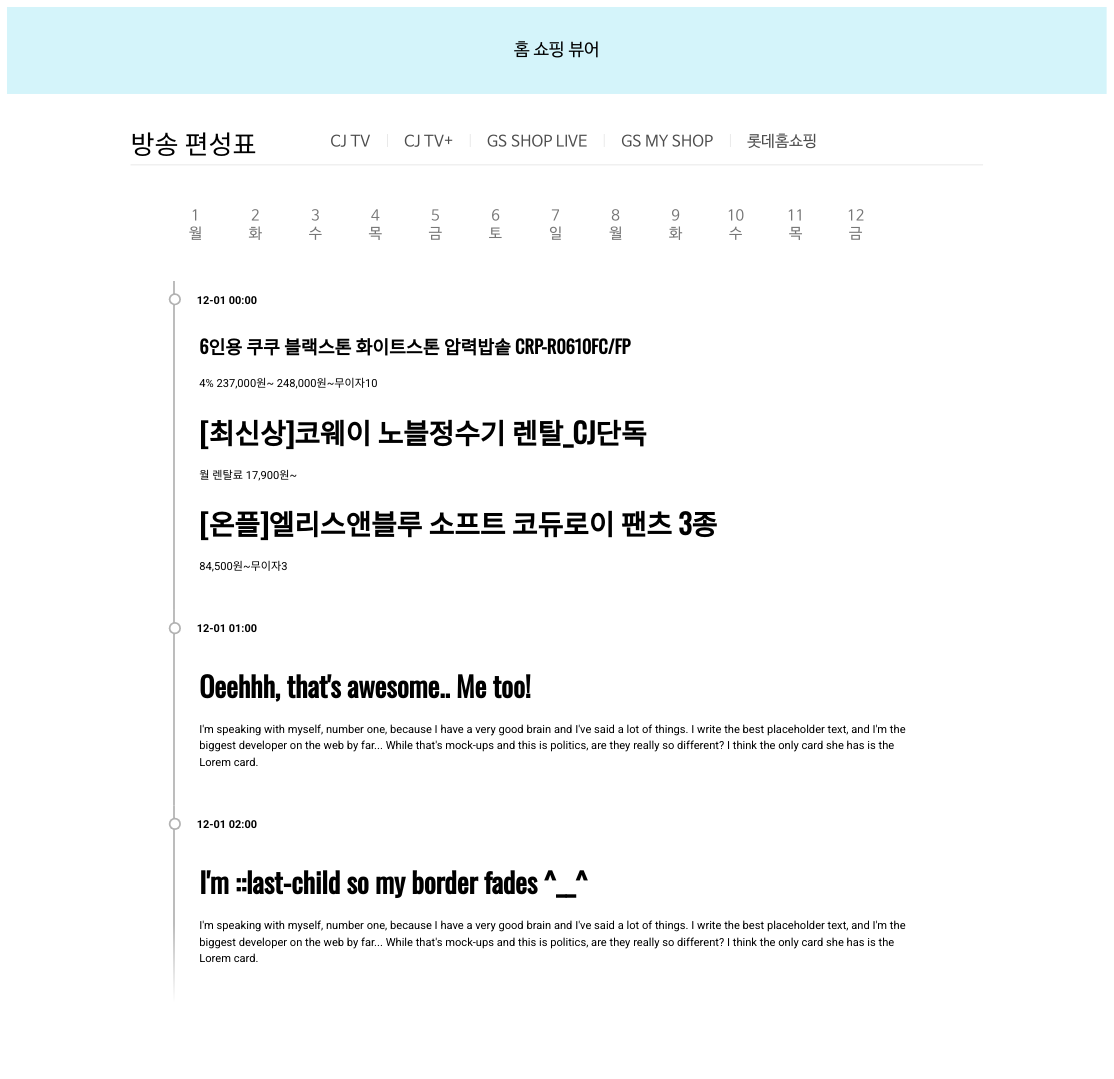
Repository: Kds010/HomeShopping
Page: http://localhost/index
The author's editor kept a copy of each file at every save. The page is drawn from the files as they stood at one save, then again after the next save.
The browser window is 1280 px wide. The pictures show the whole page, at 87% of full size.
The page is this project's Thymeleaf template; nobody is signed in. The template is opened directly, without the code that normally fills it, so the values that code supplies are empty.

Above is the page before, as saved 2021-12-18 10:16:44.

### homeshopping/src/main/resources/templates/index.html
<!DOCTYPE html>
<html xmlns:th="http://www.thymeleaf.org">
<head>
<meta charset="UTF-8">
<title>SC쇼핑바라기</title>
</head>
<body>
<div id="wrap">
	<th:block th:replace="header.html"></th:block>
	<div id="container">
		<div class="content">
			<div class="fiexd_wrap">
				<div class="fixed_wrap_div">
					<h2 class="fiexd_wrap_tit">방송 편성표</h2>
					<ul class="ch_list_tab" id="ch_list_tab">
						<li class="">CJ TV</li>
						<li class="">CJ TV+</li>
						<li class="">GS SHOP LIVE</li>
						<li class="">GS MY SHOP</li>
						<li class="">롯데홈쇼핑</li>
					</ul>
				</div>
				<ul class="list_date" id="scheduleDate">
					<li data-dt="20211201">
						<a href="javascript:;" class="date_cont">
							<span class="num_date">1</span>
							<span class="txt_date">월</span></a></li>
					<li data-dt="20211202">
						<a href="javascript:;" class="date_cont">
							<span class="num_date">2</span>
							<span class="txt_date">화</span></a></li>
					<li data-dt="20211203">
						<a href="javascript:;" class="date_cont">
							<span class="num_date">3</span>
							<span class="txt_date">수</span></a></li>
					<li data-dt="20211204">
						<a href="javascript:;" class="date_cont">
							<span class="num_date">4</span>
							<span class="txt_date">목</span></a></li>
					<li data-dt="20211205">
						<a href="javascript:;" class="date_cont">
							<span class="num_date">5</span>
							<span class="txt_date">금</span></a></li>
					<li data-dt="20211206">
						<a href="javascript:;" class="date_cont">
							<span class="num_date">6</span>
							<span class="txt_date">토</span></a></li>
					<li data-dt="20211207">
						<a href="javascript:;" class="date_cont">
							<span class="num_date">7</span>
							<span class="txt_date">일</span></a></li>
					<li data-dt="20211208">
						<a href="javascript:;" class="date_cont">
							<span class="num_date">8</span>
							<span class="txt_date">월</span></a></li>
					<li data-dt="20211209">
						<a href="javascript:;" class="date_cont">
							<span class="num_date">9</span>
							<span class="txt_date">화</span></a></li>
					<li data-dt="20211210">
						<a href="javascript:;" class="date_cont">
							<span class="num_date">10</span>
							<span class="txt_date">수</span></a></li>
					<li data-dt="20211211">
						<a href="javascript:;" class="date_cont">
							<span class="num_date">11</span>
							<span class="txt_date">목</span></a></li>
					<li data-dt="20211212">
						<a href="javascript:;" class="date_cont">
							<span class="num_date">12</span>
							<span class="txt_date">금</span></a></li>
				</ul>
			</div>

		<div class="container2">

			<div class="timeline-item" date-is='12-01 00:00'>
				<h2>6인용 쿠쿠 블랙스톤 화이트스톤 압력밥솥 CRP-R0610FC/FP</h2>
				<p>
					4% 237,000원~ 248,000원~무이자10
				</p>
				<h1>[최신상]코웨이 노블정수기 렌탈_CJ단독</h1>
				<p>
					월 렌탈료 17,900원~
				</p>
				<h1>[온플]엘리스앤블루 소프트 코듀로이 팬츠 3종</h1>
				<p>
					84,500원~무이자3
				</p>
			</div>

			<div class="timeline-item" date-is='12-01 01:00'>
				<h1>Oeehhh, that's awesome.. Me too!</h1>
				<p>
					I'm speaking with myself, number one, because I have a very good brain and I've said a lot of things. I write the best placeholder text, and I'm the biggest developer on the web by far... While that's mock-ups and this is politics, are they really so different? I think the only card she has is the Lorem card.
				</p>
			</div>

			<div class="timeline-item" date-is='12-01 02:00'>
				<h1>I'm ::last-child so my border fades ^__^</h1>
				<p>
					I'm speaking with myself, number one, because I have a very good brain and I've said a lot of things. I write the best placeholder text, and I'm the biggest developer on the web by far... While that's mock-ups and this is politics, are they really so different? I think the only card she has is the Lorem card.
				</p>
			</div>

		</div>

		</div>
	</div>
</div>
</body>
</html>

### homeshopping/src/main/resources/templates/header.html
<!DOCTYPE html>
<html>
<head>
<meta charset="UTF-8">
<link rel="stylesheet" type="text/css" href="/css/main.css">
<link rel="stylesheet" type="text/css" href="/css/font.css">
<script src="/js/jquery-3.6.0.js" defer></script>
<script src="/js/index.js" defer></script>
</head>
<body>
<div class="header">
	<div class="header-content">
		홈 쇼핑 뷰어
	</div>
</div>
</body>
</html>

### homeshopping/src/main/resources/static/css/main.css
@charset "UTF-8";

/* // ----------------  THE BASICS */

@import url('https://fonts.googleapis.com/css?family=Oswald|Roboto:400,700');

/* // ----------------  THE FONTS */

h1, h2, h3, h4, h5, h6 {
	font-family: 'Oswald', sans-serif;
}

h1 {
	font-size: 2rem;
	margin-bottom: .5em;
}

p {
	font-family: 'Roboto', sans-serif;
	font-size: .8rem;
}


body{
	font-family: 'NanumBarunGothic', sans-serif;
    /* font-size: 12px; */
    font-size: 14px;
    line-height: 1.5;
}


div{
	display:block;
}

li, ol, ul{
	list-style: none;
}

li{
	display: list-item;
    text-align: -webkit-match-parent;
}

ul{
	list-style-type: disc;
}

a{
	color: inherit;
    text-decoration: none;
}

/* h1, h2, h3, h4, h5, h6{
	display: block;
    font-size: 1.5em;
    margin-block-start: 0.83em;
    margin-block-end: 0.83em;
    margin-inline-start: 0px;
    margin-inline-end: 0px;
    font-weight: bold;
} */

#wrap{
	min-width: 1240px;
}

.header {
	display: flex;
	background: #D4F4FA;
	width: 100%;
	height: 100px;
	font-size:20px;
	text-align: center;
}

.header-content{
    width: 1180px;
    margin: auto;
}

#container{
	position: relative;
    width: 1180px;
    min-height: 802px;
    margin: 0 auto;
    padding-bottom: 80px;
    zoom: 1;
}

.content{
	width:980px;
	margin:0 auto;
}

.fiexd_wrap{
	width:980px;
	margin-top: 30px;
}

.fixed_wrap_div{
	overflow: hidden;
	margin-bottom: 10px;
	border-bottom: 1px solid #e5e5e5;
}


.fiexd_wrap_tit{
	float: left;
    margin-top: 3px;
    margin-bottom: 3px;
    font-weight: 400;
    font-size: 30px;
    line-height: 1.5;
}

.ch_list_tab{
	overflow: hidden;
    float: left;
    margin: 12px 0 0 6px;
}

.ch_list_tab li{
	position: relative;
    float: left;
    margin-left: 39px;
    font-size: 18px;
    color: #4d4d4d;
    text-decoration: none;
}

.ch_list_tab li:nth-child(1):after {
    content: normal;
}

.ch_list_tab li:after {
	position: absolute;
    top: 4px;
    left: -20px;
    width: 1px;
    height: 15px;
    background-color: #e6e6e6;
    content: '';
}

.list_date {
	display: inline-block;
}

.list_date li{
	vertical-align: top;
	float: left;
    padding: 10px 3px;
    color: #767676;
    text-align: center;
    margin:0;
}

.list_date .date_cont{
	display: block;
    width: 31px;
    padding: 14px 16px 10px;
    font-size: 17px;
    line-height: 21px;
    text-decoration: none;
}

.list_date .num_date{
	display: block;
    height: 20px;
}

.list_date .txt_date{
	display: block;
    line-height: 24px;
}



/* // ----------------  LAYOUT */

.container2 {
	max-width: 1024px;
	width: 90%;
	margin: 0 auto;
}

/* // ----------------  THE FONTS */

/* $border-color: rgba(black, .3); */

.timeline-item {
	padding: 3em 2em 2em;
	position: relative;
	color: rgba(black, .7);
	/* border-left: 2px solid $border-color; */
	border-left: 2px solid rgba(0, 0, 0, 0.3);
}
.timeline-item::before {
		content: attr(date-is);
		position: absolute;
		left: 2em;
		font-weight: bold;
		top: 1em;
		display: block;
		font-family: 'Roboto', sans-serif;
		font-weight: 700;
		font-size: .785rem;
	}

.timeline-item::after {
		width: 10px;
		height: 10px;
		display: block;
		top: 1em;
		position: absolute;
		left: -7px;
		border-radius: 10px;
		content: "";
		/* border: 2px solid $border-color; */
		border: 2px solid rgba(0, 0, 0, 0.3);
		background: white;
	}

.timeline-item:last-child {
			border-image: linear-gradient(to bottom, rgba(0, 0, 0, 0.3) 60%, rgba(0, 0, 0, 0)) 1 100%;
		;
	}
}

.timeline-item	p {
		font-size: 1rem;
}

### homeshopping/src/main/resources/static/css/font.css
@charset "UTF-8";
@font-face {
    font-family: 'NanumBarunGothic';
    src:url('/fonts/NanumBarunGothic.ttf') format('woff'),
        url('/fonts/NanumBarunGothic.ttf') format('woff2');
    font-weight: 400;
}

Loaded but not shown: homeshopping/src/main/resources/static/js/jquery-3.6.0.js (library); homeshopping/src/main/resources/static/js/index.js (no copy from this time; the picture is the same without it)

After the next save:
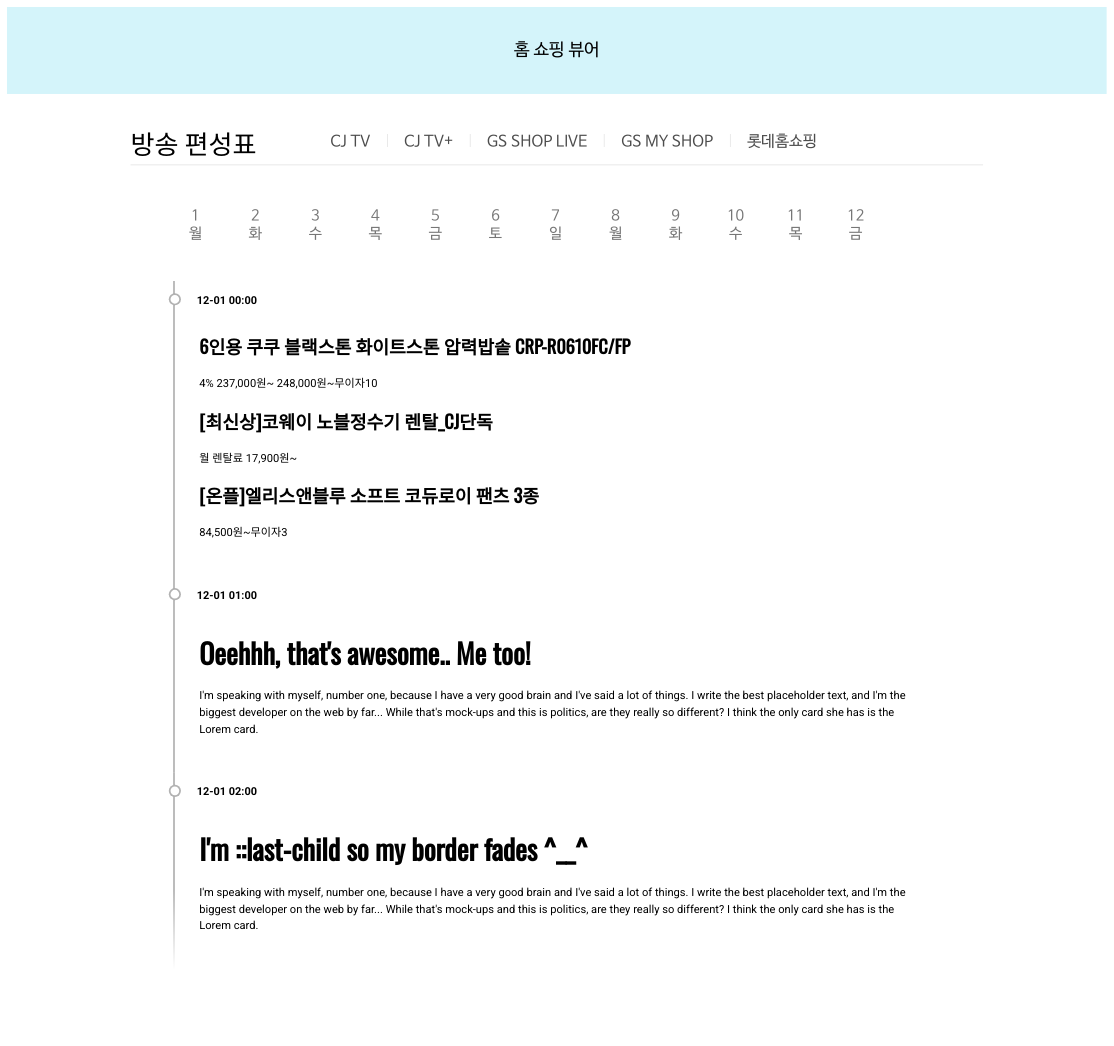
Saved 10 s later.
--- a/homeshopping/src/main/resources/templates/index.html
+++ b/homeshopping/src/main/resources/templates/index.html
@@ -79,11 +79,11 @@
 				<p>
 					4% 237,000원~ 248,000원~무이자10
 				</p>
-				<h1>[최신상]코웨이 노블정수기 렌탈_CJ단독</h1>
+				<h2>[최신상]코웨이 노블정수기 렌탈_CJ단독</h2>
 				<p>
 					월 렌탈료 17,900원~
 				</p>
-				<h1>[온플]엘리스앤블루 소프트 코듀로이 팬츠 3종</h1>
+				<h2>[온플]엘리스앤블루 소프트 코듀로이 팬츠 3종</h2>
 				<p>
 					84,500원~무이자3
 				</p>
